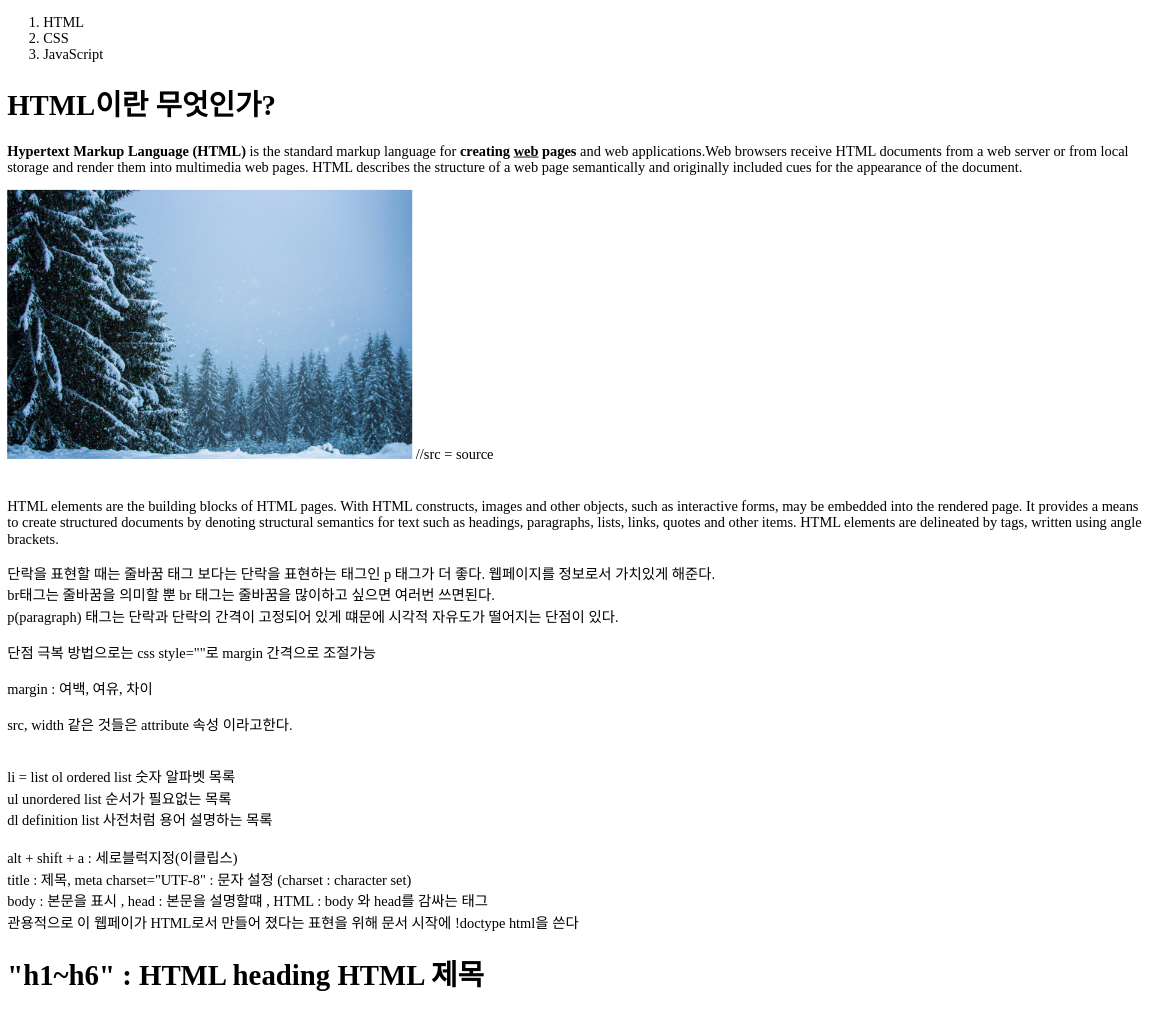
Repository: winterer4/Web-1
Page: HTML5/1.html
These files come from the project's save history. The page is drawn as it stood at one moment and after the next save; the edit follows.
The browser window is 1280 px wide. The pictures show the whole page, at 90% of full size.

Above is the page before, as saved 2018-10-29 06:21:06.

After the next save:
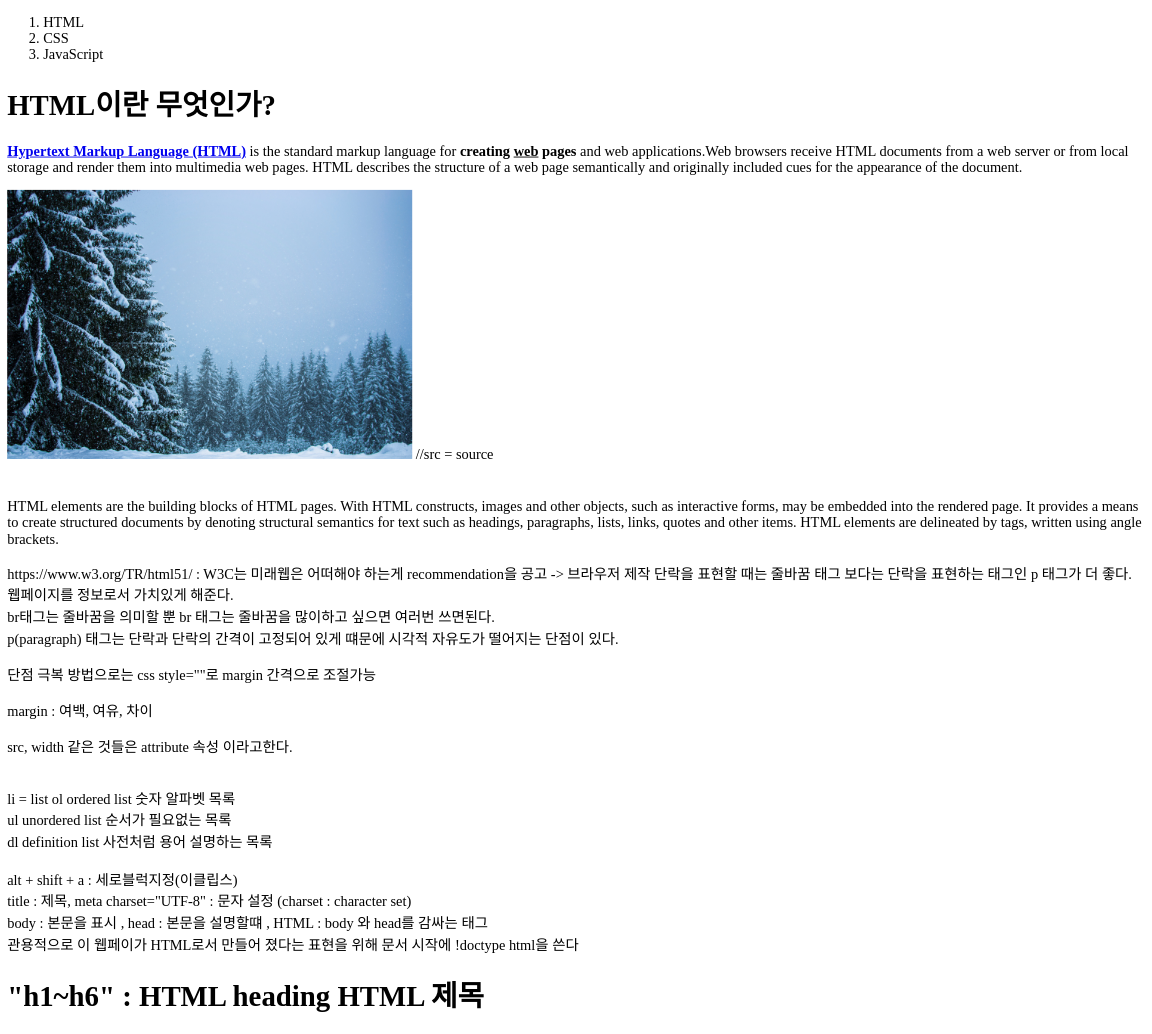
Saved 4 min 24 s later.
--- a/HTML5/1.html
+++ b/HTML5/1.html
@@ -13,7 +13,7 @@
 
 	<h1>HTML이란 무엇인가?</h1>
 	<p>
-		<strong>Hypertext Markup Language (HTML)</strong> is the standard markup language for <strong>creating
+		<strong><a : href="https://www.w3.org/TR/html51/">Hypertext Markup Language (HTML)</a></strong> is the standard markup language for <strong>creating
 			<u>web</u> pages
 		</strong> and web applications.Web browsers receive HTML documents from a web
 		server or from local storage and render them into multimedia web
@@ -32,6 +32,7 @@
 
 
 
+https://www.w3.org/TR/html51/ : W3C는 미래웹은 어떠해야 하는게 recommendation을 공고 -> 브라우저 제작
 
 
 
